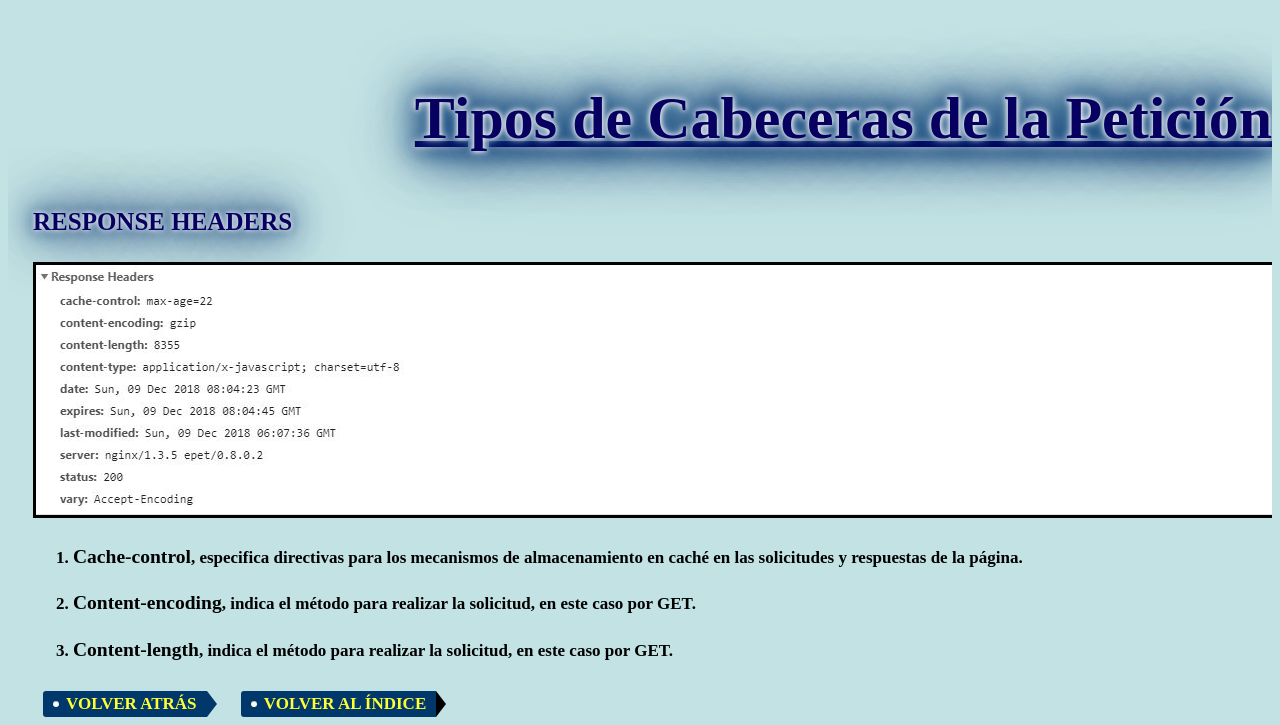
Repository: VictorinoBF97/HerramientasDesarollo
Page: responseHeaders.html
An editor plug-in stored every save of this project. The page is shown before and after a run of saves, followed by the edit.
The browser window is 1280 px wide. The pictures show the whole page.

Above is the page before, as saved 2018-12-09 09:44:25.
Not found: main.js

After the next 3 saves:
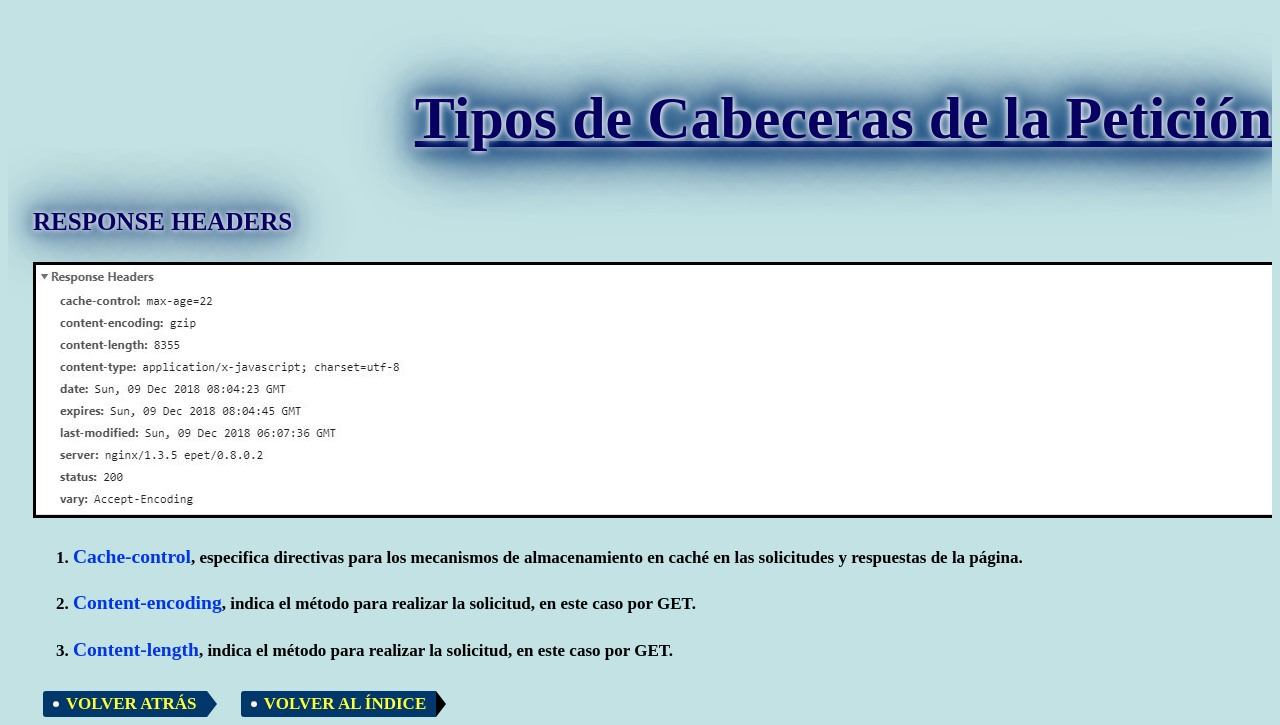
The 3 saves are shown as one change because they came seconds apart.
The last was saved 20 s later.
--- a/css/styles.css
+++ b/css/styles.css
@@ -41,7 +41,7 @@ body {
 
 strong {
   font-size:115%;
-  color:
+  color: #0035E9;
 }
 
 /* ENLACES Y REDIRECCIONAMIENTO */
